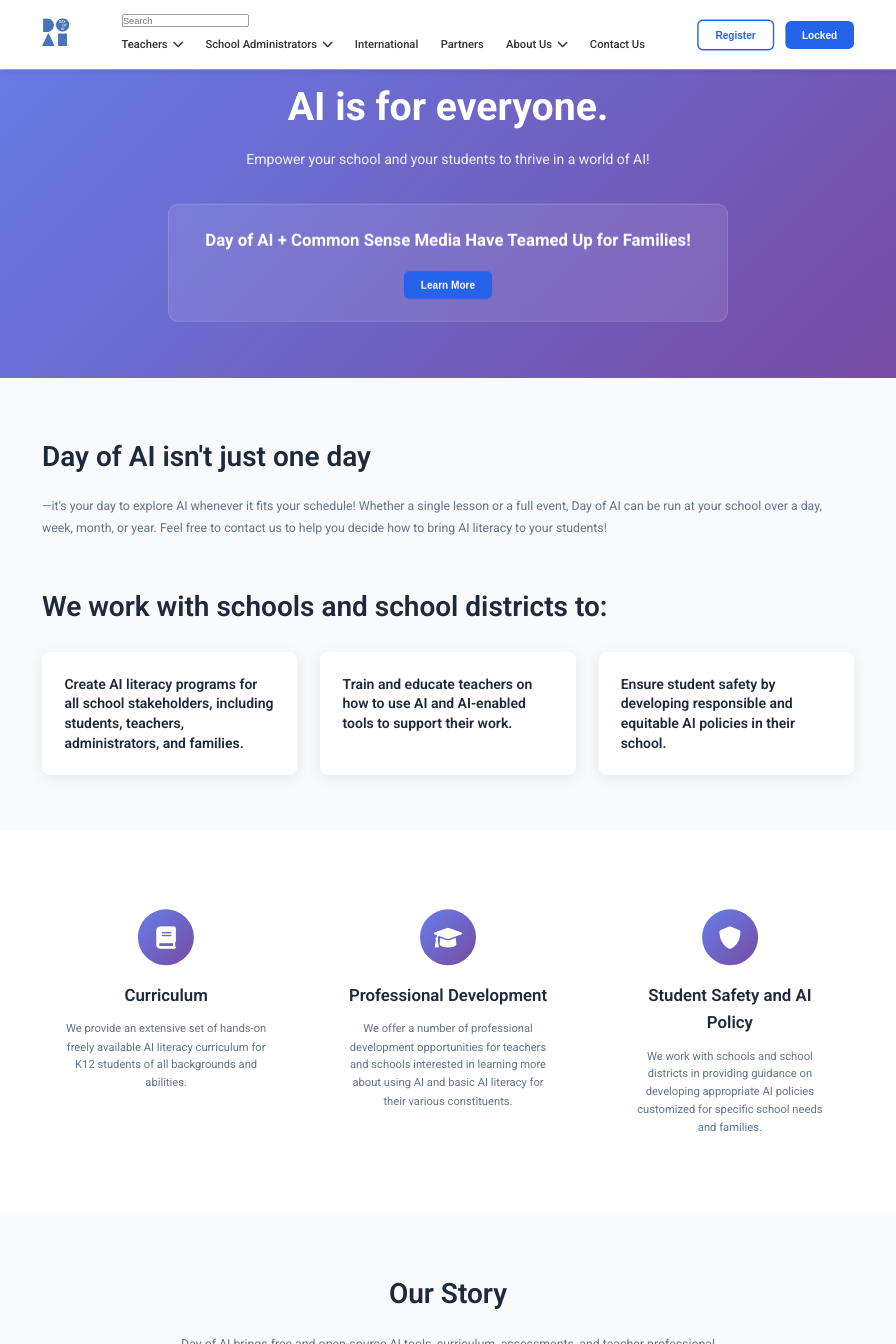
Repository: dinhtri123/dayofai
Page: index.html
An editor plug-in stored every save of this project. The page is shown before and after the next save, followed by the edit.
The browser window is 1280 px wide. The pictures show the part of the page from y = 0 to 1920 px (the page is 3347 px tall), at 70% of full size.

Above is the page before, as saved 2025-06-28 14:30:56.

### index.html
<!DOCTYPE html>
<html lang="en">

<head>
  <meta charset="UTF-8">
  <meta name="viewport" content="width=device-width, initial-scale=1.0">
  <title>Day of AI - AI is for everyone</title>
  <link rel="stylesheet" href="styles.css">
  <link rel="preconnect" href="https://fonts.googleapis.com">
  <link rel="preconnect" href="https://fonts.gstatic.com" crossorigin>
  <link href="https://fonts.googleapis.com/css2?family=Roboto:ital,wght@0,100..900;1,100..900&display=swap"
    rel="stylesheet">
  <link rel="stylesheet" href="https://cdnjs.cloudflare.com/ajax/libs/font-awesome/6.0.0/css/all.min.css">
</head>

<body>
  <!-- Header -->
  <header class="header">
    <nav class="navbar">
      <div class="nav-container">
        <div class="nav-logo">
          <img src="./images/logo.svg" alt="Day of AI Logo">
        </div>

        <div>
          <div>
            <input type="search" name="search" id="search" placeholder="Search">
          </div>
          <div>
            <ul class="nav-menu">
              <li class="nav-item dropdown">
                <a href="#" class="nav-link">Teachers <i class="fas fa-chevron-down"></i></a>
                <ul class="dropdown-menu">
                  <li><a href="#">Curriculum</a></li>
                  <li><a href="#">Seasonal and Monthly Activities</a></li>
                  <li><a href="#">Professional Development</a></li>
                  <li><a href="#">Family Resources</a></li>
                </ul>
              </li>
              <li class="nav-item dropdown">
                <a href="#" class="nav-link">School Administrators <i class="fas fa-chevron-down"></i></a>
                <ul class="dropdown-menu">
                  <li><a href="#">Professional Development</a></li>
                  <li><a href="#">Curriculum</a></li>
                  <li><a href="#">Student Safety & AI Policy</a></li>
                  <li><a href="#">Family Resources</a></li>
                </ul>
              </li>
              <li class="nav-item">
                <a href="#" class="nav-link">International</a>
              </li>
              <li class="nav-item">
                <a href="#" class="nav-link">Partners</a>
              </li>
              <li class="nav-item dropdown">
                <a href="#" class="nav-link">About Us <i class="fas fa-chevron-down"></i></a>
                <ul class="dropdown-menu">
                  <li><a href="#">Our Team</a></li>
                  <li><a href="#">Our Story</a></li>
                  <li><a href="#">FAQ</a></li>
                  <li><a href="#">News & Impact</a></li>
                </ul>
              </li>
              <li class="nav-item">
                <a href="#" class="nav-link">Contact Us</a>
              </li>
            </ul>
          </div>
        </div>

        <div class="nav-buttons">
          <button class="btn btn-secondary">Register</button>
          <button class="btn btn-primary">Locked</button>
        </div>

        <div class="hamburger">
          <span class="bar"></span>
          <span class="bar"></span>
          <span class="bar"></span>
        </div>
      </div>
    </nav>
  </header>

  <!-- Hero Section -->
  <section class="hero">
    <div class="container">
      <div class="hero-content">
        <h1 class="hero-title">AI is for everyone.</h1>
        <p class="hero-subtitle">Empower your school and your students to thrive in a world of AI!</p>
        <div class="hero-banner">
          <div class="banner-content">
            <h3>Day of AI + Common Sense Media Have Teamed Up for Families!</h3>
            <button class="btn btn-primary">Learn More</button>
          </div>
        </div>
      </div>
    </div>
  </section>

  <!-- Main Content Section -->
  <section class="main-content">
    <div class="container">
      <div class="content-grid">
        <div class="content-item">
          <h2>Day of AI isn't just one day</h2>
          <p>—it's your day to explore AI whenever it fits your schedule! Whether a single lesson or a full event, Day
            of AI can be run at your school over a day, week, month, or year. Feel free to contact us to help you decide
            how to bring AI literacy to your students!</p>
        </div>

        <div class="content-item">
          <h2>We work with schools and school districts to:</h2>
          <div class="services-grid">
            <div class="service-card">
              <h3>Create AI literacy programs for all school stakeholders, including students, teachers, administrators,
                and families.</h3>
            </div>
            <div class="service-card">
              <h3>Train and educate teachers on how to use AI and AI-enabled tools to support their work.</h3>
            </div>
            <div class="service-card">
              <h3>Ensure student safety by developing responsible and equitable AI policies in their school.</h3>
            </div>
          </div>
        </div>
      </div>
    </div>
  </section>

  <!-- Features Section -->
  <section class="features">
    <div class="container">
      <div class="features-grid">
        <div class="feature-card">
          <div class="feature-icon">
            <i class="fas fa-book"></i>
          </div>
          <h3>Curriculum</h3>
          <p>We provide an extensive set of hands-on freely available AI literacy curriculum for K12 students of all
            backgrounds and abilities.</p>
        </div>

        <div class="feature-card">
          <div class="feature-icon">
            <i class="fas fa-graduation-cap"></i>
          </div>
          <h3>Professional Development</h3>
          <p>We offer a number of professional development opportunities for teachers and schools interested in learning
            more about using AI and basic AI literacy for their various constituents.</p>
        </div>

        <div class="feature-card">
          <div class="feature-icon">
            <i class="fas fa-shield-alt"></i>
          </div>
          <h3>Student Safety and AI Policy</h3>
          <p>We work with schools and school districts in providing guidance on developing appropriate AI policies
            customized for specific school needs and families.</p>
        </div>
      </div>
    </div>
  </section>

  <!-- About Section -->
  <section class="about">
    <div class="container">
      <div class="about-content">
        <h2>Our Story</h2>
        <p>Day of AI brings free and open-source AI tools, curriculum, assessments, and teacher professional development
          materials developed by MIT RAISE to students and educators everywhere.</p>

        <div class="mit-section">
          <h3>Powered by MIT RAISE</h3>
          <p>Day of AI was born at MIT in June 2021. Led by a team of faculty and research scientists at MIT
            RAISE…..(more)</p>
        </div>

        <div class="partners-section">
          <h3>Our Collaborators and Partners</h3>
          <div class="partners-grid">
            <div class="partner-logo">Partner 1</div>
            <div class="partner-logo">Partner 2</div>
            <div class="partner-logo">Partner 3</div>
            <div class="partner-logo">Partner 4</div>
          </div>
        </div>
      </div>
    </div>
  </section>

  <!-- CTA Section -->
  <section class="cta">
    <div class="container">
      <div class="cta-content">
        <h2>Bring Day of AI to Your School or School District</h2>
        <div class="cta-buttons">
          <button class="btn btn-primary">Register</button>
          <button class="btn btn-secondary">Learn More</button>
        </div>
      </div>
    </div>
  </section>

  <!-- Footer -->
  <footer class="footer">
    <div class="container">
      <div class="footer-content">
        <div class="footer-section">
          <p>&copy; 2025, Day of AI. All Rights Reserved.</p>
          <div class="footer-links">
            <a href="#">Privacy Policy</a>
            <a href="#">Accessibility</a>
            <a href="#">Terms of Use</a>
            <a href="#">Boston Web Design</a>
          </div>
        </div>

        <div class="footer-legal">
          <p>Unless stated otherwise, the DAY OF AI curriculum is licensed under a Creative Commons
            Attribution-NonCommercial-ShareAlike 4.0 International License (the "DAY OF AI Creative Commons license").
            The DAY OF AI Creative Commons license does not include a license to use the trademarks and service marks,
            DAY OF AI, DAY OF AI (and Design), the DAY OF AI logo, MASSACHUSETTS INSTITUTE OF TECHNOLOGY, MIT, the MIT
            logo, MIT RAISE, RAISE, or any other trademarks, service marks, or other intellectual property, owned by, or
            associated with, Massachusetts Institute of Technology, and such use is expressly excluded. DAY OF AI, DAY
            OF AI (and Design), and the DAY OF AI logo are trademarks and service marks of MASSACHUSETTS INSTITUTE OF
            TECHNOLOGY. All rights are reserved.</p>
        </div>

        <div class="footer-translate">
          <button class="translate-btn">Translate »</button>
        </div>
      </div>
    </div>
  </footer>

  <script src="script.js"></script>
</body>

</html>

### styles.css
:root {
  --font-family: 'Roboto', sans-serif;
}
* {
    margin: 0;
    padding: 0;
    box-sizing: border-box;
}

body {
    font-family: var(--font-family);
    line-height: 1.6;
    color: #333;
    overflow-x: hidden;
}

.container {
    max-width: 1200px;
    margin: 0 auto;
    padding: 0 20px;
}

/* Header Styles */
.header {
    background: #fff;
    box-shadow: 0 2px 10px rgba(0, 0, 0, 0.1);
    position: fixed;
    top: 0;
    width: 100%;
    z-index: 1000;
}

.navbar {
    padding: 1rem 0;
}

.nav-container {
    display: flex;
    justify-content: space-between;
    align-items: center;
    max-width: 1200px;
    margin: 0 auto;
    padding: 0 20px;
}

.nav-logo img {
    height: 40px;
    width: auto;
}

.nav-menu {
    display: flex;
    list-style: none;
    align-items: center;
    gap: 2rem;
}

.nav-item {
    position: relative;
}

.nav-link {
    text-decoration: none;
    color: #333;
    font-weight: 500;
    padding: 0.5rem 0;
    transition: color 0.3s ease;
    display: flex;
    align-items: center;
    gap: 0.5rem;
}

.nav-link:hover {
    color: #2563eb;
}

.dropdown-menu {
    position: absolute;
    top: 100%;
    left: 0;
    background: #fff;
    box-shadow: 0 4px 20px rgba(0, 0, 0, 0.15);
    border-radius: 8px;
    min-width: 250px;
    opacity: 0;
    visibility: hidden;
    transform: translateY(-10px);
    transition: all 0.3s ease;
    list-style: none;
    padding: 1rem 0;
}

.dropdown:hover .dropdown-menu {
    opacity: 1;
    visibility: visible;
    transform: translateY(0);
}

.dropdown-menu li a {
    display: block;
    padding: 0.75rem 1.5rem;
    color: #333;
    text-decoration: none;
    transition: background-color 0.3s ease;
}

.dropdown-menu li a:hover {
    background-color: #f8fafc;
    color: #2563eb;
}

.nav-buttons {
    display: flex;
    gap: 1rem;
    align-items: center;
}

.btn {
    padding: 0.75rem 1.5rem;
    border: none;
    border-radius: 8px;
    font-weight: 600;
    cursor: pointer;
    transition: all 0.3s ease;
    text-decoration: none;
    display: inline-block;
    font-size: 0.9rem;
}

.btn-primary {
    background: #2563eb;
    color: #fff;
}

.btn-primary:hover {
    background: #1d4ed8;
    transform: translateY(-2px);
}

.btn-secondary {
    background: transparent;
    color: #2563eb;
    border: 2px solid #2563eb;
}

.btn-secondary:hover {
    background: #2563eb;
    color: #fff;
}

.hamburger {
    display: none;
    flex-direction: column;
    cursor: pointer;
}

.bar {
    width: 25px;
    height: 3px;
    background: #333;
    margin: 3px 0;
    transition: 0.3s;
}

/* Hero Section */
.hero {
    background: linear-gradient(135deg, #667eea 0%, #764ba2 100%);
    color: #fff;
    padding: 120px 0 80px;
    text-align: center;
}

.hero-content {
    max-width: 800px;
    margin: 0 auto;
}

.hero-title {
    font-size: 3.5rem;
    font-weight: 700;
    margin-bottom: 1.5rem;
    line-height: 1.2;
}

.hero-subtitle {
    font-size: 1.25rem;
    margin-bottom: 3rem;
    opacity: 0.9;
}

.hero-banner {
    background: rgba(255, 255, 255, 0.1);
    backdrop-filter: blur(10px);
    border-radius: 16px;
    padding: 2rem;
    margin-top: 2rem;
    border: 1px solid rgba(255, 255, 255, 0.2);
}

.banner-content h3 {
    font-size: 1.5rem;
    margin-bottom: 1.5rem;
}

/* Main Content Section */
.main-content {
    padding: 80px 0;
    background: #f8fafc;
}

.content-grid {
    display: grid;
    gap: 4rem;
}

.content-item h2 {
    font-size: 2.5rem;
    font-weight: 600;
    margin-bottom: 1.5rem;
    color: #1e293b;
}

.content-item p {
    font-size: 1.1rem;
    color: #64748b;
    line-height: 1.8;
}

.services-grid {
    display: grid;
    grid-template-columns: repeat(auto-fit, minmax(300px, 1fr));
    gap: 2rem;
    margin-top: 2rem;
}

.service-card {
    background: #fff;
    padding: 2rem;
    border-radius: 12px;
    box-shadow: 0 4px 20px rgba(0, 0, 0, 0.08);
    transition: transform 0.3s ease, box-shadow 0.3s ease;
}

.service-card:hover {
    transform: translateY(-5px);
    box-shadow: 0 8px 30px rgba(0, 0, 0, 0.12);
}

.service-card h3 {
    font-size: 1.25rem;
    font-weight: 600;
    color: #1e293b;
    line-height: 1.4;
}

/* Features Section */
.features {
    padding: 80px 0;
    background: #fff;
}

.features-grid {
    display: grid;
    grid-template-columns: repeat(auto-fit, minmax(350px, 1fr));
    gap: 3rem;
}

.feature-card {
    text-align: center;
    padding: 2rem;
    border-radius: 16px;
    transition: transform 0.3s ease;
}

.feature-card:hover {
    transform: translateY(-5px);
}

.feature-icon {
    width: 80px;
    height: 80px;
    background: linear-gradient(135deg, #667eea 0%, #764ba2 100%);
    border-radius: 50%;
    display: flex;
    align-items: center;
    justify-content: center;
    margin: 0 auto 1.5rem;
    color: #fff;
    font-size: 2rem;
}

.feature-card h3 {
    font-size: 1.5rem;
    font-weight: 600;
    margin-bottom: 1rem;
    color: #1e293b;
}

.feature-card p {
    color: #64748b;
    line-height: 1.6;
}

/* About Section */
.about {
    padding: 80px 0;
    background: #f8fafc;
}

.about-content {
    max-width: 800px;
    margin: 0 auto;
    text-align: center;
}

.about-content h2 {
    font-size: 2.5rem;
    font-weight: 600;
    margin-bottom: 1.5rem;
    color: #1e293b;
}

.about-content p {
    font-size: 1.1rem;
    color: #64748b;
    line-height: 1.8;
    margin-bottom: 3rem;
}

.mit-section {
    background: #fff;
    padding: 2rem;
    border-radius: 12px;
    margin: 2rem 0;
    box-shadow: 0 4px 20px rgba(0, 0, 0, 0.08);
}

.mit-section h3 {
    font-size: 1.5rem;
    font-weight: 600;
    margin-bottom: 1rem;
    color: #1e293b;
}

.partners-section {
    margin-top: 3rem;
}

.partners-section h3 {
    font-size: 1.5rem;
    font-weight: 600;
    margin-bottom: 2rem;
    color: #1e293b;
}

.partners-grid {
    display: grid;
    grid-template-columns: repeat(auto-fit, minmax(200px, 1fr));
    gap: 2rem;
}

.partner-logo {
    background: #fff;
    padding: 2rem;
    border-radius: 8px;
    text-align: center;
    box-shadow: 0 2px 10px rgba(0, 0, 0, 0.1);
    font-weight: 600;
    color: #64748b;
}

/* CTA Section */
.cta {
    padding: 80px 0;
    background: linear-gradient(135deg, #667eea 0%, #764ba2 100%);
    color: #fff;
    text-align: center;
}

.cta-content h2 {
    font-size: 2.5rem;
    font-weight: 600;
    margin-bottom: 2rem;
}

.cta-buttons {
    display: flex;
    gap: 1rem;
    justify-content: center;
    flex-wrap: wrap;
}

/* Footer */
.footer {
    background: #1e293b;
    color: #fff;
    padding: 60px 0 30px;
}

.footer-content {
    display: grid;
    gap: 2rem;
}

.footer-section {
    display: flex;
    justify-content: space-between;
    align-items: center;
    flex-wrap: wrap;
    gap: 1rem;
}

.footer-links {
    display: flex;
    gap: 2rem;
    flex-wrap: wrap;
}

.footer-links a {
    color: #cbd5e1;
    text-decoration: none;
    transition: color 0.3s ease;
}

.footer-links a:hover {
    color: #fff;
}

.footer-legal {
    border-top: 1px solid #334155;
    padding-top: 2rem;
}

.footer-legal p {
    font-size: 0.9rem;
    color: #94a3b8;
    line-height: 1.6;
}

.footer-translate {
    text-align: center;
    padding-top: 2rem;
}

.translate-btn {
    background: transparent;
    color: #cbd5e1;
    border: 1px solid #475569;
    padding: 0.5rem 1rem;
    border-radius: 6px;
    cursor: pointer;
    transition: all 0.3s ease;
}

.translate-btn:hover {
    background: #475569;
    color: #fff;
}

/* Responsive Design */
@media (max-width: 768px) {
    .nav-menu {
        position: fixed;
        left: -100%;
        top: 70px;
        flex-direction: column;
        background-color: #fff;
        width: 100%;
        text-align: center;
        transition: 0.3s;
        box-shadow: 0 10px 27px rgba(0, 0, 0, 0.05);
        padding: 2rem 0;
    }

    .nav-menu.active {
        left: 0;
    }

    .nav-menu li {
        margin: 1rem 0;
    }

    .dropdown-menu {
        position: static;
        opacity: 1;
        visibility: visible;
        transform: none;
        box-shadow: none;
        background: #f8fafc;
        margin-top: 1rem;
    }

    .hamburger {
        display: flex;
    }

    .hamburger.active .bar:nth-child(2) {
        opacity: 0;
    }

    .hamburger.active .bar:nth-child(1) {
        transform: translateY(8px) rotate(45deg);
    }

    .hamburger.active .bar:nth-child(3) {
        transform: translateY(-8px) rotate(-45deg);
    }

    .nav-buttons {
        display: none;
    }

    .hero-title {
        font-size: 2.5rem;
    }

    .hero-subtitle {
        font-size: 1.1rem;
    }

    .content-item h2,
    .about-content h2,
    .cta-content h2 {
        font-size: 2rem;
    }

    .services-grid,
    .features-grid {
        grid-template-columns: 1fr;
    }

    .footer-section {
        flex-direction: column;
        text-align: center;
    }

    .footer-links {
        justify-content: center;
    }

    .cta-buttons {
        flex-direction: column;
        align-items: center;
    }

    .cta-buttons .btn {
        width: 100%;
        max-width: 300px;
    }
}

@media (max-width: 480px) {
    .container {
        padding: 0 15px;
    }

    .hero {
        padding: 100px 0 60px;
    }

    .hero-title {
        font-size: 2rem;
    }

    .main-content,
    .features,
    .about,
    .cta {
        padding: 60px 0;
    }

    .service-card,
    .feature-card {
        padding: 1.5rem;
    }
}

/* Animations */
@keyframes fadeInUp {
    from {
        opacity: 0;
        transform: translateY(30px);
    }
    to {
        opacity: 1;
        transform: translateY(0);
    }
}

.hero-content,
.content-item,
.feature-card,
.about-content {
    animation: fadeInUp 0.8s ease-out;
}

/* Smooth scrolling */
html {
    scroll-behavior: smooth;
}

/* Focus styles for accessibility */
.btn:focus,
.nav-link:focus,
.translate-btn:focus {
    outline: 2px solid #2563eb;
    outline-offset: 2px;
}

Loaded but not shown: script.js (249 lines, source omitted)

After the next save:
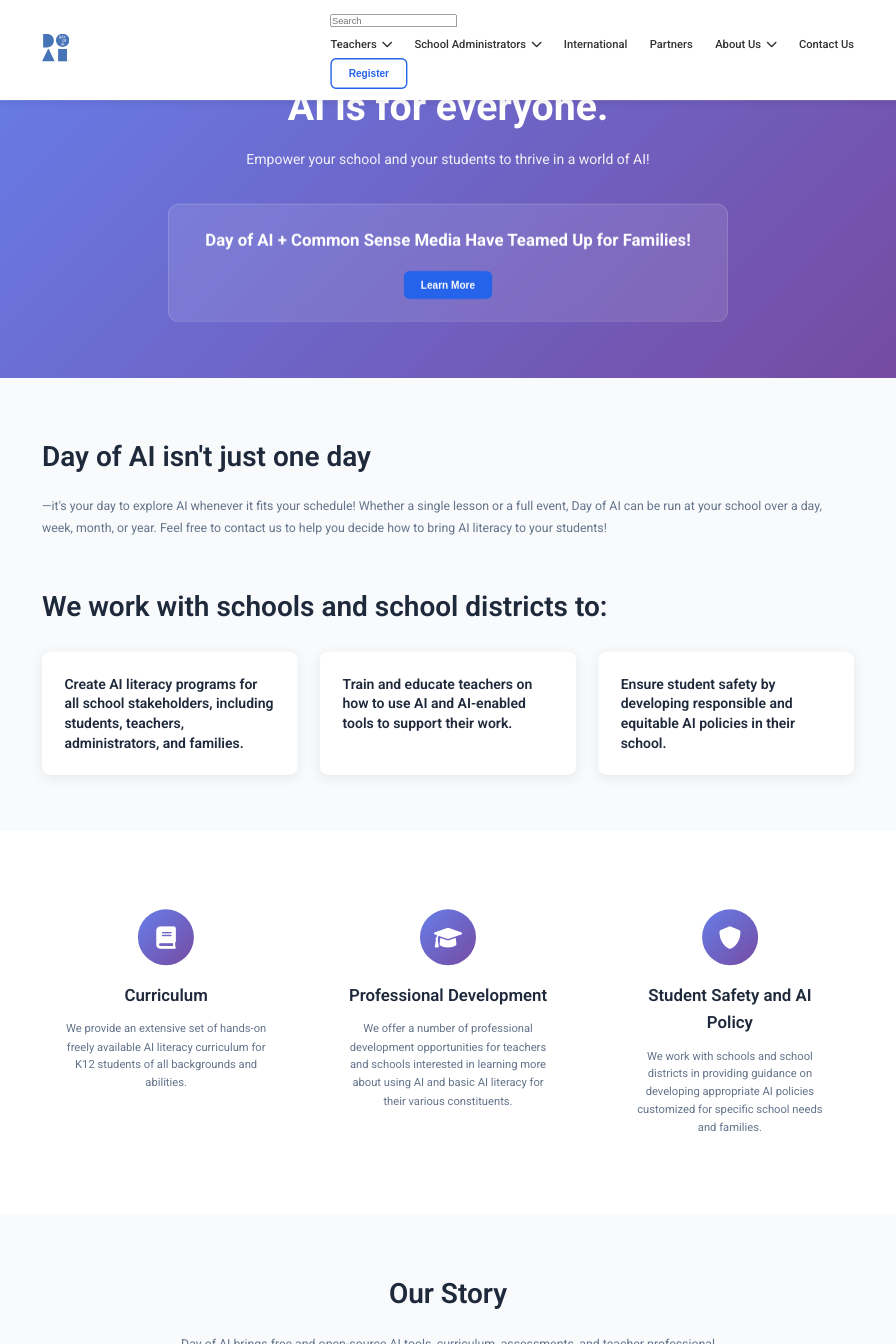
Saved 7 s later.
--- a/index.html
+++ b/index.html
@@ -66,12 +66,11 @@
               </li>
             </ul>
           </div>
-        </div>
-
-        <div class="nav-buttons">
-          <button class="btn btn-secondary">Register</button>
-          <button class="btn btn-primary">Locked</button>
-        </div>
+          <div class="nav-buttons">
+            <button class="btn btn-secondary">Register</button>
+          </div>
+        </div>
+
 
         <div class="hamburger">
           <span class="bar"></span>
